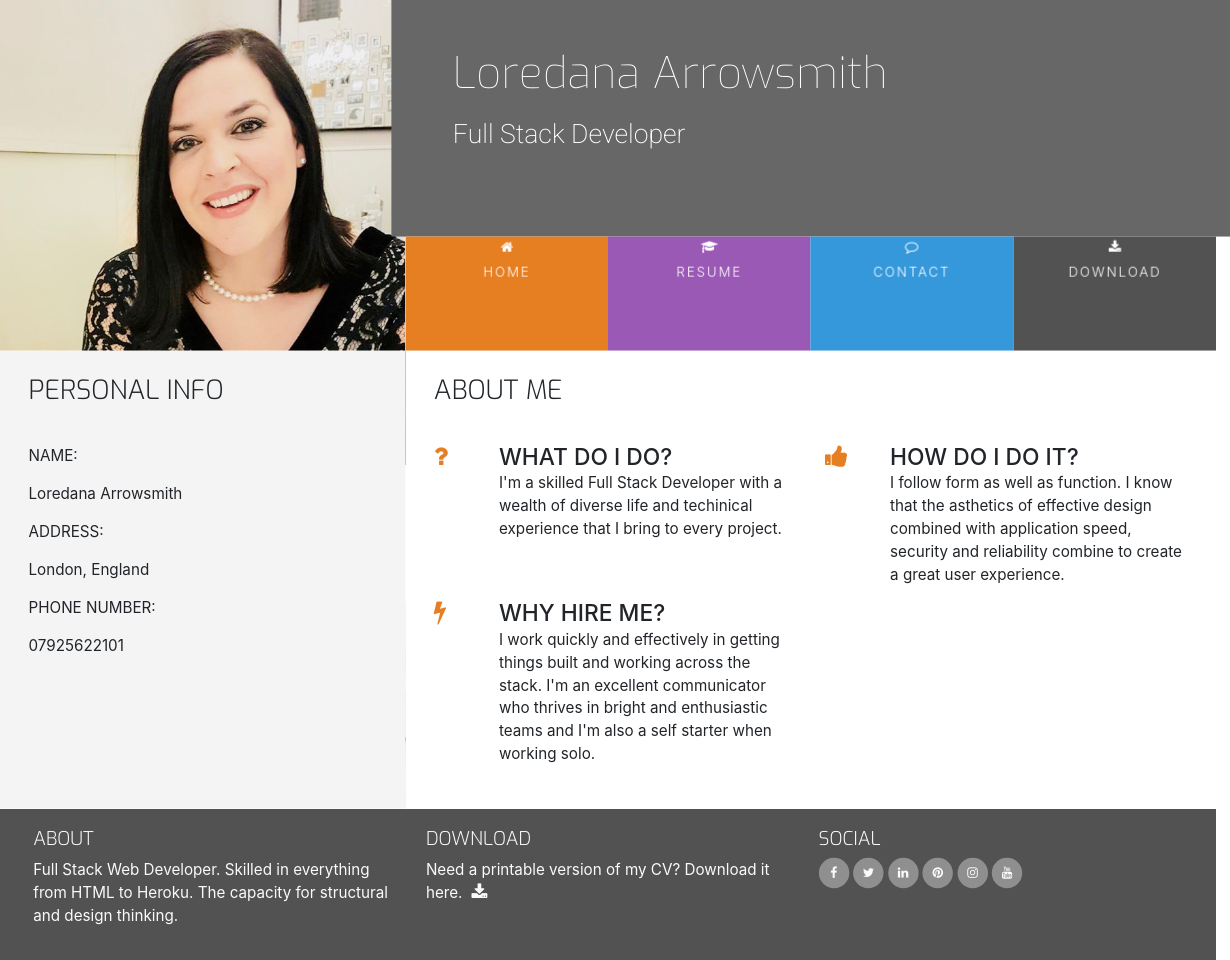
Repository: lolalongo11/Loredana-Resume
Page: index.html
The author's editor kept a record of every edit. The page is drawn from the files as they stood at one moment, then again after the next edit.
The browser window is 1280 px wide. The page is 1295 px wide, so the pictures cover 1295 px, including what lies to the right of the window. The pictures show the whole page, at 95% of full size.

Above is the page before.

### index.html
<!DOCTYPE html>
<html lang="en">

<head>
    <meta charset="UTF-8">
    <meta name="viewport" content="width=device-width, initial-scale=1.0">
    <meta http-equiv="X-UA-Compatible" content="ie=edge">
    <link rel="stylesheet" href="https://stackpath.bootstrapcdn.com/bootstrap/4.3.1/css/bootstrap.min.css" type="text/css" />
    <link rel="stylesheet" href="https://stackpath.bootstrapcdn.com/font-awesome/4.7.0/css/font-awesome.min.css" type="text/css" />
    <link rel="stylesheet" href="https://cdnjs.cloudflare.com/ajax/libs/hover.css/2.3.1/css/hover-min.css" type="text/css" />
    <link rel="stylesheet" href="assets/css/style.css" type="text/css" />
    <title>Loredana</title>
</head>

<body>
    <header>
        <div class="row no-gutters">
            <a href="index.html" class="col-md-4 logo">
                </a>

            <div class="col-md-8 no-gutters">
                <div class="row bg-color-name-title">
                    <div class="col heading">
                        <h1 class="name">Loredana Arrowsmith</h1>
                        <h2 class="title">Full Stack Developer</h2>
                    </div>
                </div>
                <div class="col no-gutters">
                    <ul id="nav" class="list-inline menucontainer">
                        <li class="col-6 col-sm-3 ui-menu-color-home list-inline-item menuitem">
                            <a href="#" class="hvr-sweep-to-bottom"><i class="fa fa-home" aria-hidden="true"></i><span>Home</span></a>
                        </li>
                        <li class="col-6 col-sm-3 ui-menu-color-resume list-inline-item menuitem">
                            <a href="#" class="hvr-sweep-to-bottom"><i class="fa fa-graduation-cap" aria-hidden="true"></i><span>Resume</span></a>
                        </li>
                        <li class="col-6 col-sm-3 ui-menu-color-contact list-inline-item menuitem">
                            <a href="#" class="hvr-sweep-to-bottom"><i class="fa fa-comment-o" aria-hidden="true"></i><span>Contact</span></a>
                        </li>
                        <li class="col-6 col-sm-3 ui-menu-color-download list-inline-item menuitem">
                            <a href="#" class="hvr-sweep-to-bottom"><i class="fa fa-download" aria-hidden="true"></i><span>Download</span></a>
                        </li>
                    </ul>
                </div>
            </div>
        </div>

    </header>
    <section class="container-fluid">
        <div class="row">
            <div class="col-md-4 bg-color-personal-info section-column">
                <div class="row">
                    <div class="col-12">
                        <h3 class="section-heading uppercase">
                            Personal Info
                        </h3>
                    </div>
                </div>
                <div class="personal-info-item">
                    <div class="key">
                        <p class="uppercase">
                            Name:
                        </p>
                    </div>
                    <div class="value">
                        <p>
                            Loredana Arrowsmith
                        </p>
                    </div>
                </div>
                <div class="personal-info-item">
                    <div class="key">
                        <p class="uppercase">
                            Address:
                        </p>
                    </div>
                    <div class="value">
                        <p>
                            London, England
                        </p>
                    </div>
                </div>
                 <div class="personal-info-item">
                    <div class="key">
                        <p class="uppercase">
                            Phone Number:
                        </p>
                    </div>
                    <div class="value">
                        <p>
                            07925622101
                        </p>
                    </div>

                </div>
            </div>
            <div class="col-md-8 bg-color-three-reasons section-column">
                <div class="row">
                    <div class="col">
                        <h3 class="section-heading uppercase">About Me</h3>
                    </div>
                </div>
                <div class="row">
                    <div class="col-10 offset-1 offset-sm-0 col-sm-4 col-md-6">
                        <div class="row">
                            <div class="col-2">
                                <i class="three-reasons-icon fa fa-question" aria-hidden="true"></i>
                            </div>
                            <div class="col-10">
                                <h4 class="three-reasons-heading uppercase">What do I do?</h4>
                                <p>
                                    I'm a skilled Full Stack Developer with a wealth of diverse life and techinical experience that I bring to every project.
                                </p>
                            </div>
                        </div>
                    </div>
                    <div class="col-10 offset-1 offset-sm-0 col-sm-4 col-md-6">
                        <div class="row">
                            <div class="col-2">
                                <i class="three-reasons-icon fa fa-thumbs-up" aria-hidden="true"></i>
                            </div>
                            <div class="col-10">
                                <h4 class="three-reasons-heading uppercase">How do I do it?</h4>
                                <p>
                                    I follow form as well as function. I know that the asthetics of effective design combined with application speed, security and reliability combine to create a great user experience.
                                </p>
                            </div>
                        </div>
                    </div>
                    <div class="col-10 offset-1 offset-sm-0 col-sm-4 col-md-6">
                        <div class="row">
                            <div class="col-2">
                                <i class="three-reasons-icon fa fa-bolt" aria-hidden="true"></i>
                            </div>
                            <div class="col-10">
                                <h4 class="three-reasons-heading uppercase">Why hire me?</h4>
                                <p>
                                    I work quickly and effectively in getting things built and working across the stack. I'm an excellent communicator who thrives in bright and enthusiastic teams and I'm also a self starter when working solo.
                                </p>
                            </div>
                        </div>
                    </div>
                </div>
            </div>
        </div>
    </section>
    <footer class="container-fluid">
        <div id="footer-details" class="row">
            <div class="col-sm-4">
                <h5 class="uppercase general-sub">About</h5>
                <p class="inline-block">
                    Full Stack Web Developer. Skilled in everything from HTML to Heroku. The capacity for structural and design thinking.
                </p>
            </div>
            <div class="col-sm-4">
                <h5 class="uppercase general-sub">Download</h5>
                <p class="inline-block">
                    Need a printable version of my CV? Download it here.
                    <a href="#" target="_blank" class="cv-pdf">
                        <i class="fa fa-download" aria-hidden="true"></i>
                        <span class="sr-only">Download link.</span>
                    </a>
                </p>
            </div>
            <div class="col-sm-4">
                <h5 class="uppercase general-sub">Social</h5>
                <ul class="list-inline social-links">
                    <li class="list-inline-item">
                        <a target="_blank" href="#">
                            <i class="fa fa-facebook" aria-hidden="true"></i>
                            <span class="sr-only">Facebook</span>
                        </a>
                    </li>
                    <li class="list-inline-item">
                        <a target="_blank" href="#">
                            <i class="fa fa-twitter" aria-hidden="true"></i>
                            <span class="sr-only">Twitter</span>
                        </a>
                    </li>
                    <li class="list-inline-item">
                        <a target="_blank" href="#">
                            <i class="fa fa-linkedin" aria-hidden="true"></i>
                            <span class="sr-only">LinkedIn</span>
                        </a>
                    </li>
                    <li class="list-inline-item">
                        <a target="_blank" href="#">
                            <i class="fa fa-pinterest" aria-hidden="true"></i>
                            <span class="sr-only">pinterest</span>
                        </a>
                    </li>
                    <li class="list-inline-item">
                        <a target="_blank" href="#">
                            <i class="fa fa-instagram" aria-hidden="true"></i>
                            <span class="sr-only">Instagram</span>
                        </a>
                    </li>
                    <li class="list-inline-item">
                        <a target="_blank" href="#">
                            <i class="fa fa-youtube" aria-hidden="true"></i>
                            <span class="sr-only">You Tube</span>
                        </a>

                    </li>

                </ul>
            </div>
        </div>

    </footer>
</body>

</html>

### assets/css/style.css
@import url('https://fonts.googleapis.com/css?family=Roboto:100,200,300,400,500,600,700|Exo:100,200,300,400,500,600,700');

/* ----------------------------------------------------Colours */

.bg-color-name-title {
    background-color: #676767;
}

.bg-color-three-reasons {
    background-color: #fff;

}

.bg-color-personal-info {
    background-color: #f4f4f4;
}

.ui-menu-color-home {
    background-color: #e67e22;
}

.ui-menu-color-resume {
    background-color: #9b59b6;
}

.ui-menu-color-contact {
    background-color: #3498db;
}

.ui-menu-color-download {
    background-color: #525252;
}

/* ----------------------------------------------------Special margins/padding/text */

h1,
h2,
h3,
h4 {
    margin: 0;
}

.uppercase {
    text-transform: uppercase;
}

.general-sub {
    font-family: "Exo", sans-serif;
    font-weight: 300;
    color: #fafafa;
}

.inline-block {
    display: inline-block;
}

.row-table {
    display: table;
}


.section-column {
    display: table-cell;
    padding: 0 30px 30px;
    float: none;
}

.section-heading {
    font-family: "Exo"; sans-serif;
    font-weight: 300;
    margin-top: 25px;
    margin-bottom: 40px;
}



/* ----------------------------------------------------Heading */

.header {
    margin: 0;
}

.heading {
    margin-left: 50px;
}

.logo {
    background: url("../images/loredana.jpg");
    background-position: center;
    background-repeat: no-repeat;
    background-size: cover;
    min-height: 360px;
    transition: all .5s ease-in-out;
    -moz-transition: all .5s ease-in-out;
    -webkit-transition: all .5s ease-in-out;
}

.name {
    font-family: "Exo", sans-serif;
    font-weight: 100;
    font-size: 46px;
    margin-top: 50px;
    color: #fff;
}

.title {
    font-family: "Roboto", sans-serif;
    font-weight: 200;
    font-size: 28px;
    margin-top: 20px;
    margin-bottom: 90px;
    color: #fff;

}

.list-inline-item:not(:last-child) {
    margin: 0;
}

.menucontainer {
    font-size: 0;
}

#nav li {
    font-size: 14px;
    padding: 0;
}

#nav {
    margin: 0px;
}

.menuitem {
    height: 120px;
    text-align: center;
    padding: 0;
}

.menuitem a {
    width: 100%;
    text-decoration: none;
    color: #fff;
    height: 120px;
}

.menu a i {
    padding-top: 22px;
    display: block;
    color: #fafafa;
    font-size: 26px;
}

.menuitem span {
    display: block;
    width: 100%;
    padding-top: 5px;
    text-align: center;
    text-transform: uppercase;
    font-size: 14px;
    font-weight: 300;
    letter-spacing: 2px;
}

/* ----------------------------------------------------Hover.css */

.hvr-sweep-to-bottom:before {
    background: rgba(0, 0, 0, 0.2);
    height: 120px;
}

/* ----------------------------------------------------Footer */

footer {
    background-color: #525252;
    color: #fafafa;
    min-height: 120px;
    margin: 0;
}

.cv-pdf i {
    font-size: 18px;
    color: #fafafa;
    text-align: center;
    padding-left: 5px;
    transition: all 0.35s ease-in-out;
    -moz-transition: all 0.35s ease-in-out;
    -webkit-transition: all 0.35s ease-in-out;
    -o-transition: all 0.35s ease-in-out;
}

.cv-pdf i:hover {
    color: #e84610;
}

.social-links {
    padding-bottom: 15px;
}

.social-links li a i {
    width: 32px;
    height: 32px;
    padding: 12px 0;
    border-radius: 50%;
    font-size: 13px;
    line-height: 7px;
    text-align: center;
    color: #fafafa;
    background-color: #8f8f8f;
    transition: all 0.35s ease-in-out;
    -moz-transition: all 0.35s ease-in-out;
    -webkit-transition: all 0.35s ease-in-out;
    -o-transition: all 0.35s ease-in-out;
}

.social-links li a i:hover {
    background: #e84610;
}

#footer-details{
    padding: 20px;
}

/* ----------------------------------------------------Three reasons */

.three-reasons-icon {
    font-size: 26px;
    color: #e67e22;
}

.three-resons-heading {
    margin-bottom: 15px
}

/* ----------------------------------------------------Personal info */

.personal-item-info {
    margin-bottom: 20px;
    display: block;
    clear: both;
}

.personal-item-info .key,
.personal-item-info .value {
.padding-right: 8px;
display: inline-block;
}

.personal-item-info .key,
.personal-item-info .value {
    margin: 0;
}

After the next edit:
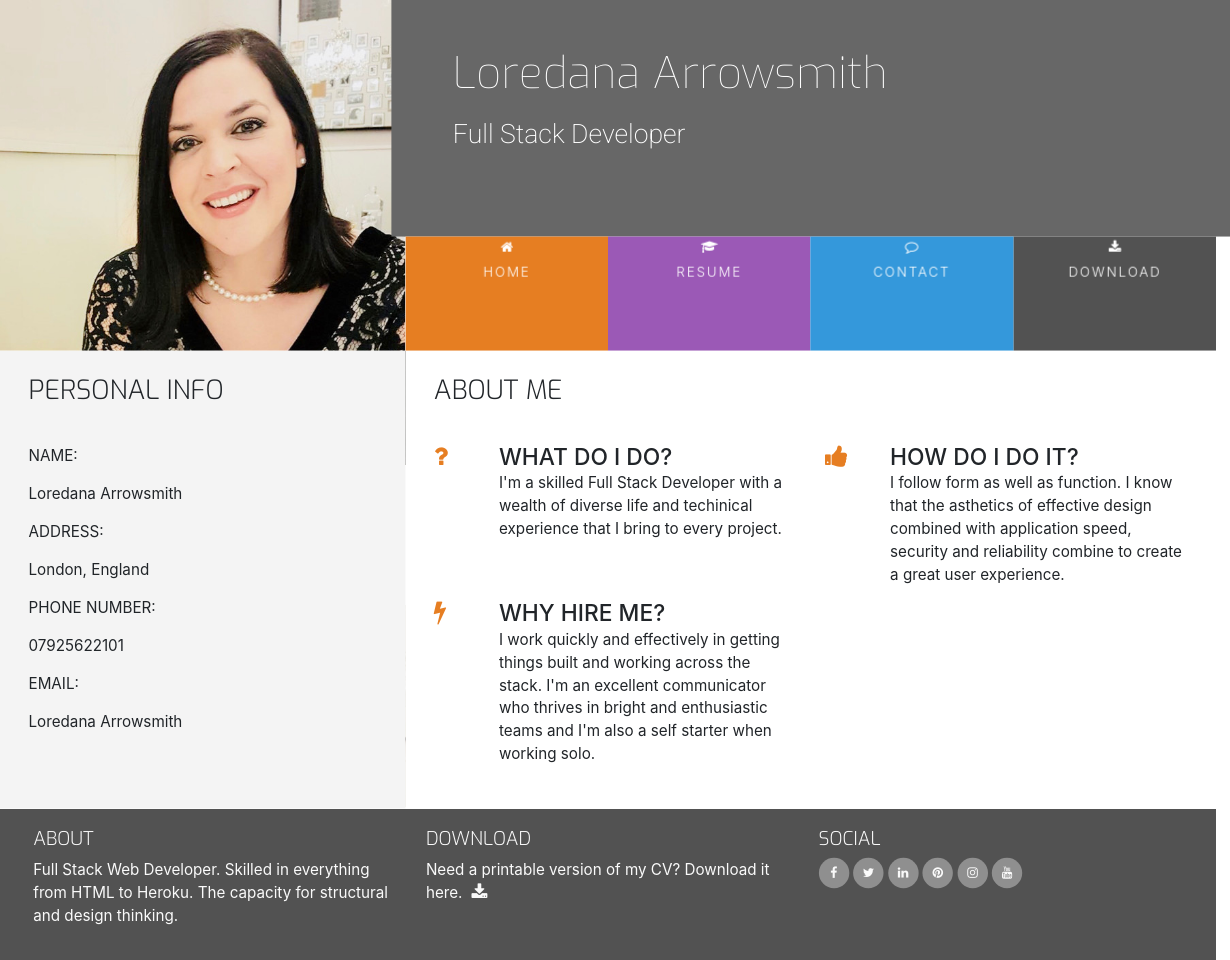
The edit:
--- a/index.html
+++ b/index.html
@@ -92,6 +92,19 @@
                     </div>
 
                 </div>
+                 <div class="personal-info-item">
+                    <div class="key">
+                        <p class="uppercase">
+                            Email:
+                        </p>
+                    </div>
+                    <div class="value">
+                        <p>
+                            Loredana Arrowsmith
+                        </p>
+                    </div>
+
+                </div>
             </div>
             <div class="col-md-8 bg-color-three-reasons section-column">
                 <div class="row">
